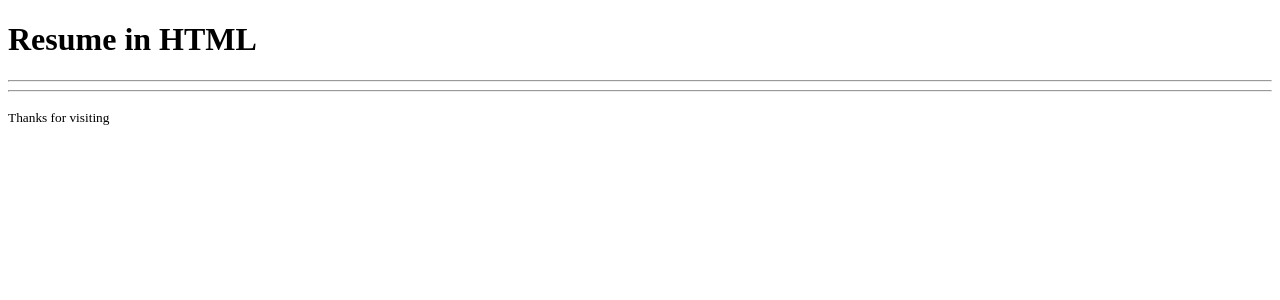
Repository: cjj343/html_resume
Page: introduction.html
The author's editor kept a record of every edit. The page is drawn from the files as they stood at one moment, then again after the next edit.
The browser window is 1280 px wide. The pictures show the whole page.

Above is the page before.

After the next edit:
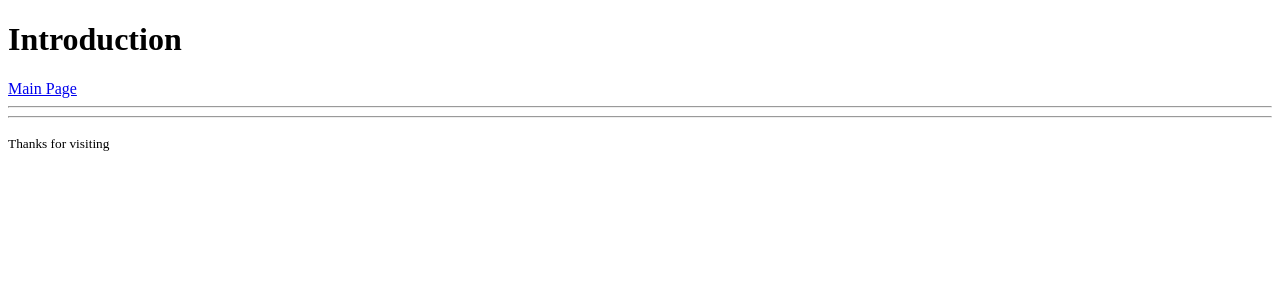
The edit:
--- a/introduction.html
+++ b/introduction.html
@@ -7,7 +7,8 @@
 </head>
 <body>
     <div>
-        <h1>Resume in HTML</h1>
+        <h1>Introduction</h1>
+        <a href="index.html">Main Page</a>
         <hr>
     </div>
 
